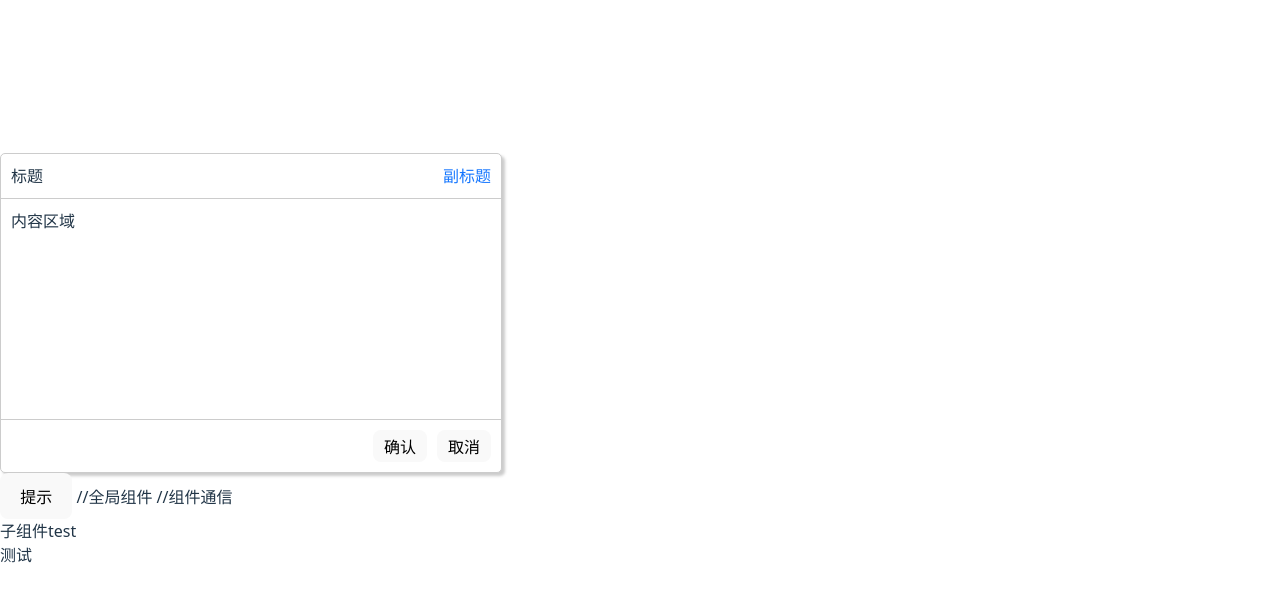
Repository: EDMZJJJ/learn-react
Page: /
An editor plug-in stored every save of this project. The page is shown before and after the next save, followed by the edit.
The browser window is 1280 px wide. The pictures show the whole page.
The project was rebuilt for these pictures with package versions that can differ from the ones it lists, and the page was loaded fresh each time. Also part of the build but not shown: vite.config.ts, src/components/Message/index.css, src/components/Message/index.tsx.

Above is the page before, as saved 2026-03-10 22:50:54.

### index.html
<!doctype html>
<html lang="en">
  <head>
    <meta charset="UTF-8" />
    <link rel="icon" type="image/svg+xml" href="/vite.svg" />
    <meta name="viewport" content="width=device-width, initial-scale=1.0" />
    <title>learn-react</title>
  </head>
  <body>
    <div id="root"></div>
    <script type="module" src="/src/main.tsx"></script>
  </body>
</html>

### src/main.tsx
import { StrictMode } from 'react'
import { createRoot } from 'react-dom/client'
import './index.css'
import App from './App.tsx'
import './components/Message/index.tsx'
createRoot(document.getElementById('root')!).render(
  <StrictMode>
    <App />
  </StrictMode>,
)

### src/App.tsx
import Card from "./components/Card"
import Test from "./components/Test"

function App() {
  //所有hook都必须在组件的最顶层调用，不能在循环或条件语句中调用它。

  return (
    <>
      <Card></Card>
      <button onClick={() => window.onShow()}>提示</button>     //全局组件

      //组件通信
      <Test
        title={'测试'}
        id={1}
        obj={{ a: 1, b: 2 }}
        arr={[1, 2, 3]}
        cb={(a: number, b: number) => a + b}
        empty={null}
        element={<div>测试</div>}
        isGirl={false}
      >
      </Test>
    </>
  )
}

export default App

### src/components/Card/index.tsx
import './index.css'

export default function Card() {
    return (
        <div className='card'>
            <header>
                <div>标题</div>
                <div>副标题</div>
            </header>
            <main>
                内容区域
            </main>
            <footer>
                 <button>确认</button>
                 <button>取消</button>
            </footer>
        </div>
    )
}

### src/components/Test/index.tsx

interface Props {
    title?: string
    id: number
    obj: {
        a: number
        b: number
    }
    arr: number[]
    cb: (a: number, b: number) => number
    empty: null
    element: JSX.Element,
    isGirl:boolean
}

const Test:React.FC<Props> = ({title = '默认标题',...props})=>{
  console.log(props)
  return (
    <div>子组件test{props.element}</div>
  )
}
export default Test

### src/components/Card/index.css
.card {
  background: white;
  border-radius: 5px;
  border: 1px solid #ccc;
  width: 500px;
  box-shadow: 3px 3px 3px #ccc;

  header {
    display: flex;
    justify-content: space-between;
    align-items: center;
    border-bottom: 1px solid #ccc;
    padding: 10px;

    div:last-child {
      color: #1677ff;
    }
  }

  main {
    min-height: 200px;
    border-bottom: 1px solid #ccc;
    padding: 10px;
  }
  footer {
    display: flex;
    justify-content: flex-end;
    align-items: center;
    padding: 10px;
    button {
      margin-left: 10px;
      padding: 3px 10px;
    }
  }
}

Loaded but not shown: src/index.css (common file)

After the next save:
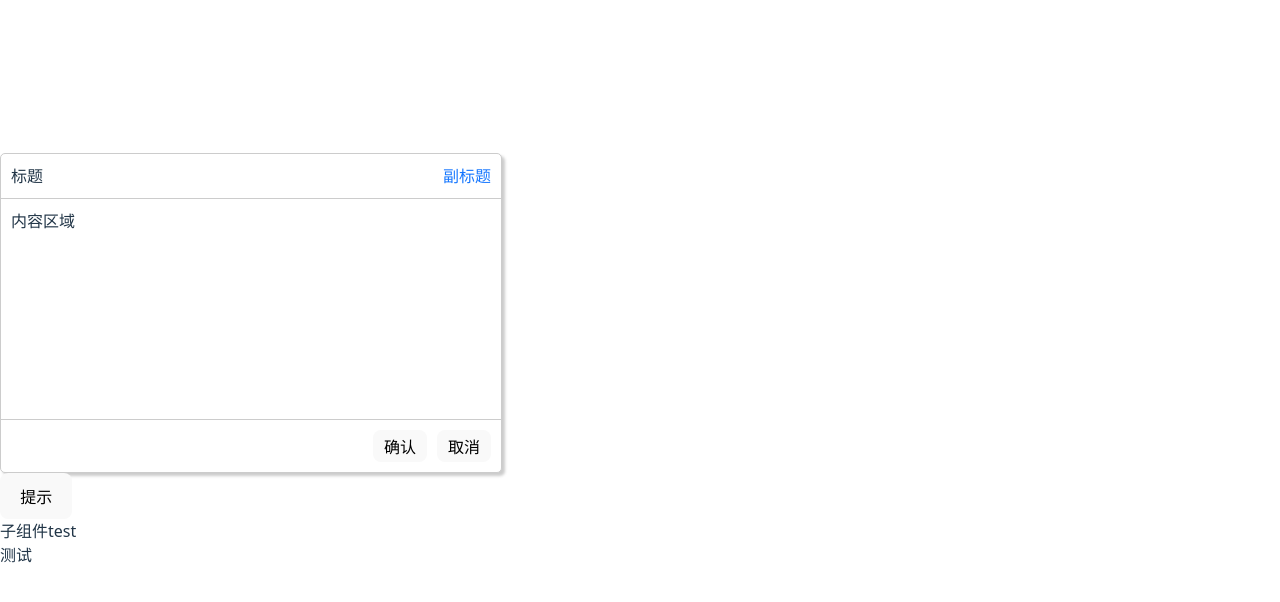
Saved 42 s later.
--- a/src/App.tsx
+++ b/src/App.tsx
@@ -7,9 +7,10 @@ function App() {
   return (
     <>
       <Card></Card>
-      <button onClick={() => window.onShow()}>提示</button>     //全局组件
+      {/* 全局组件 */}
+      <button onClick={() => window.onShow()}>提示</button>
 
-      //组件通信
+      {/* 组件通信 */}
       <Test
         title={'测试'}
         id={1}
